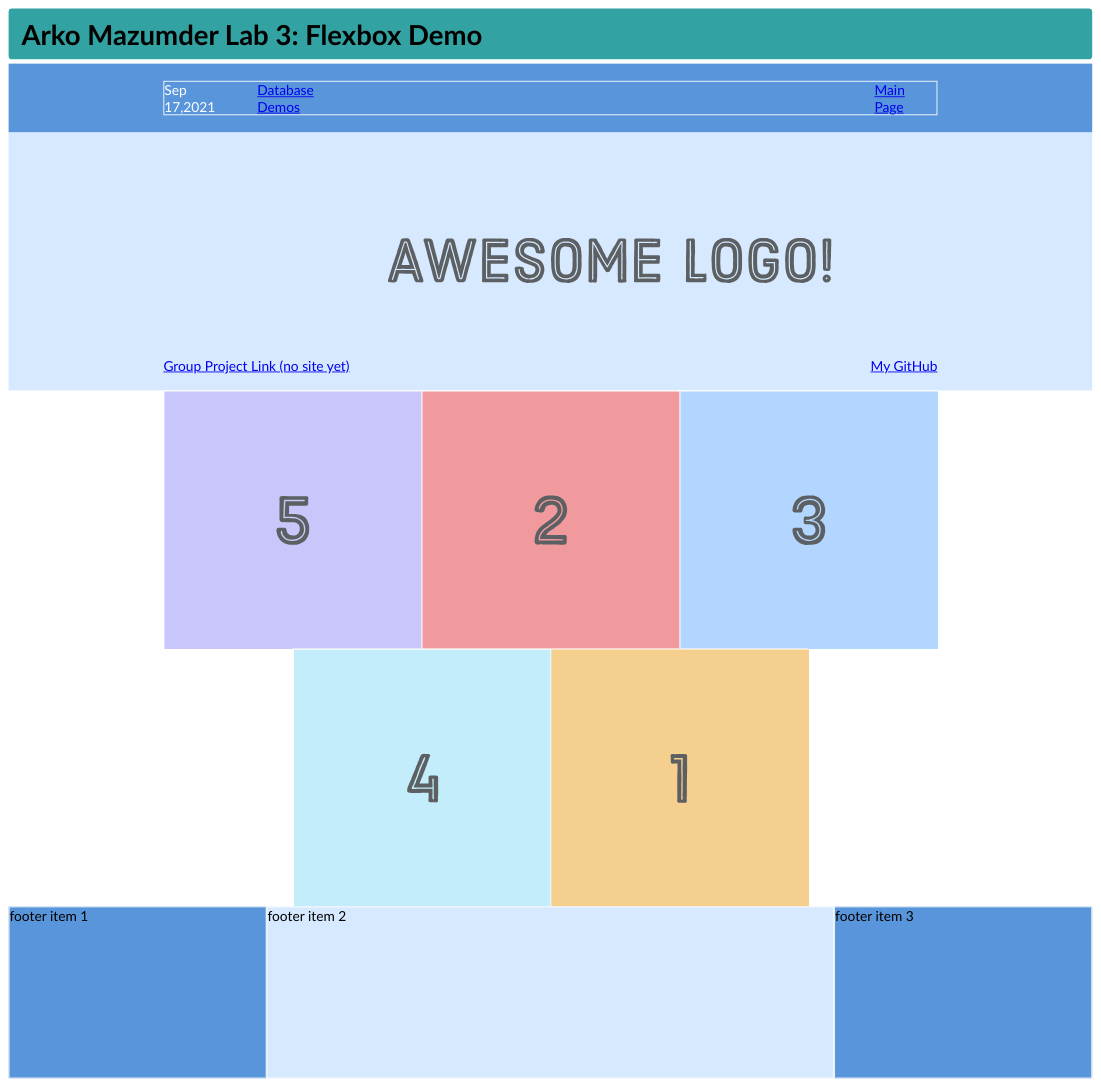
Repository: arkomz/INST377-Lab-Work
Page: client/lab_3/index.html
The author's editor kept a copy of each file at every save. The page is drawn from the files as they stood at one save, then again after the next save.
The browser window is 1280 px wide. The pictures show the whole page, at 86% of full size.

Above is the page before, as saved 2021-09-17 15:34:07.

### client/lab_3/index.html
<!DOCTYPE html>
<html lang='en'>
  <head>
    <meta charset='UTF-8'/>
    <title>Arko Mazumder</title>
    <link rel='stylesheet' href='styles.css'/>
  </head>
  <body>
    <div class = 'wrapper'>
    <h1 class='title'> Arko Mazumder Lab 3: Flexbox Demo</h1>
    <div class='menu-container'>
      <div class='menu'>
        <div class='date'>Sep 17,2021</div>

              <div class='login'> <a href = 'data.html'> Database Demos </a> </div>
              <div class='signup'> <a href = 'index.html'> Main Page </a> </div>

      </div>
      </div>

      <div class='header-container'>
            <div class='header'>
            <div class='subscribe'> <a href =  "https://INST377Group4.com"> Group Project Link (no site yet)</a></div>
            <div class='logo'><img src='images/awesome-logo.svg'/></div>
            <div class='social'> <a href = "https://github.com/arkomz"> My GitHub </a> </div>
          </div>
        </div>

    <div class='photo-grid-container'>
              <div class='photo-grid'>
                <div class='photo-grid-item first-item'>
                  <img src='images/one.svg'/>
                </div>
                <div class='photo-grid-item'>
                  <img src='images/two.svg'/>
                </div>
                <div class='photo-grid-item'>
                  <img src='images/three.svg'/>
                </div>
                <div class='photo-grid-item'>
                  <img src='images/four.svg'/>
                </div>
                <div class='photo-grid-item last-item'>
                  <img src='images/five.svg'/>
                </div>
              </div>
            </div>

            <div class='footer'>
            <div class='footer-item Footer One footer-one'> footer item 1</div>
            <div class='footer-item footer-two'> footer item 2</div>
            <div class='footer-item footer-three'> footer item 3</div>
          </div>

    </div>
  </body>

### client/lab_3/styles.css
* {
    margin: 0;
    padding: 0;
    box-sizing: border-box;
  }

  .wrapper {
    display:flex;
    flex-direction: column;
    font-family: ‘Segoe UI’, Candara, ‘Bitstream Vera Sans’, ‘DejaVu Sans’, ‘Bitsream Vera Sans’, ‘Trebuchet MS’, Verdana, ‘Verdana Ref’, sans-serif;
    margin:10px;
  }


  .title{
    display: inline-block;
    background-color: rgba(0,139, 139,0.8);
    border-radius: 4px;
    padding: 10px 15px;
    margin: 0;
    margin-bottom: 5px;
  }

  .menu-container {
    color: #fff;
    background-color: #5995DA;  /* Blue */
    padding: 20px 0;
    display: flex;
    justify-content: center;
  }

  .menu {
    border: 1px solid #fff;
    width: 900px;
    display: flex;
    justify-content: space-between;
  }

  .links {
    border: 1px solid #fff;  /* For debugging */
    display: flex;
    justify-content: flex-end;
  }

  .login {
    margin-left: 20px;
  }

  .header-container {
    color: #5995DA;
    background-color: #D6E9FE;
    display: flex;
    justify-content: center;
  }

  .header {
    width: 900px;
    height: 300px;
    display: flex;
    justify-content: space-between;
    align-items: center;
  }

  .photo-grid-container {
    display: flex;
    justify-content: center;
  }

  .photo-grid {
    width: 900px;
    display: flex;
    justify-content: center;
    flex-wrap: wrap;
    flex-direction: row;
    align-items: center;
  }

  .photo-grid-item {
    border: 1px solid #fff;
    width: 300px;
    height: 300px;
  }

  .first-item {
    order: 1;
  }

  .last-item {
    order: -1;
  }

  .social,
  .subscribe {
    align-self: flex-end;
    margin-bottom: 20px;
    }

    .footer {
        display: flex;
        justify-content: space-between;
      }

  .footer-item {
    border: 1px solid #fff;
    background-color: #D6E9FE;
    height: 200px;
    flex: 1;
  }

  .footer-three {
    flex: 2;
  }

  .footer-one,
  .footer-three {
    background-color: #5995DA;
    flex: initial;
    width: 300px;
  }

  .signup {
    margin-left: 600px;
  }

After the next save:
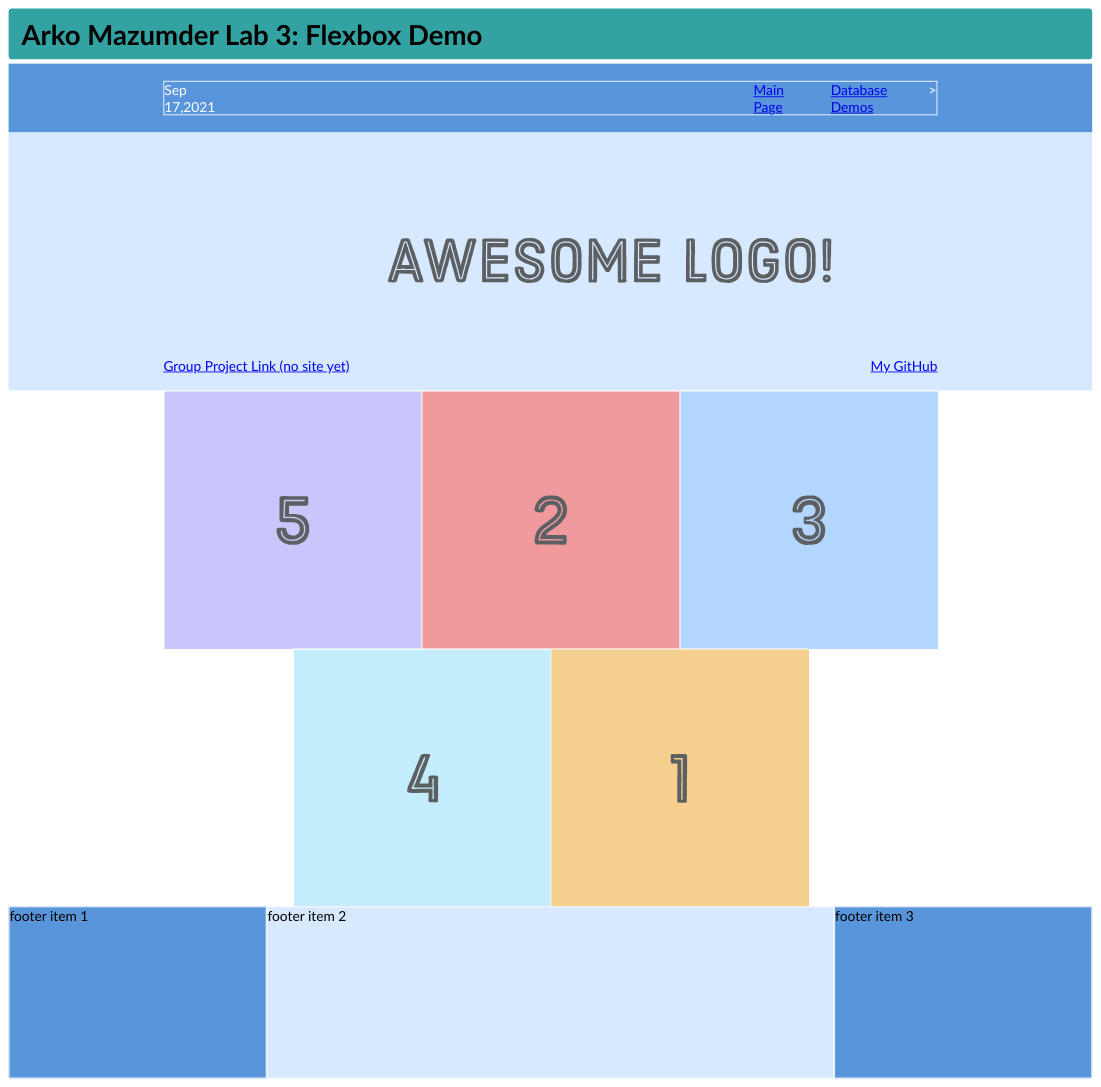
Saved 63 s later.
--- a/client/lab_3/index.html
+++ b/client/lab_3/index.html
@@ -12,8 +12,8 @@
       <div class='menu'>
         <div class='date'>Sep 17,2021</div>
 
-              <div class='login'> <a href = 'data.html'> Database Demos </a> </div>
-              <div class='signup'> <a href = 'index.html'> Main Page </a> </div>
+        <div class='signup'> <a href = 'index.html'> Main Page </a> </div>
+        <div class='login'> <a href = 'data.html'> Database Demos </a> </div>>
 
       </div>
       </div>
